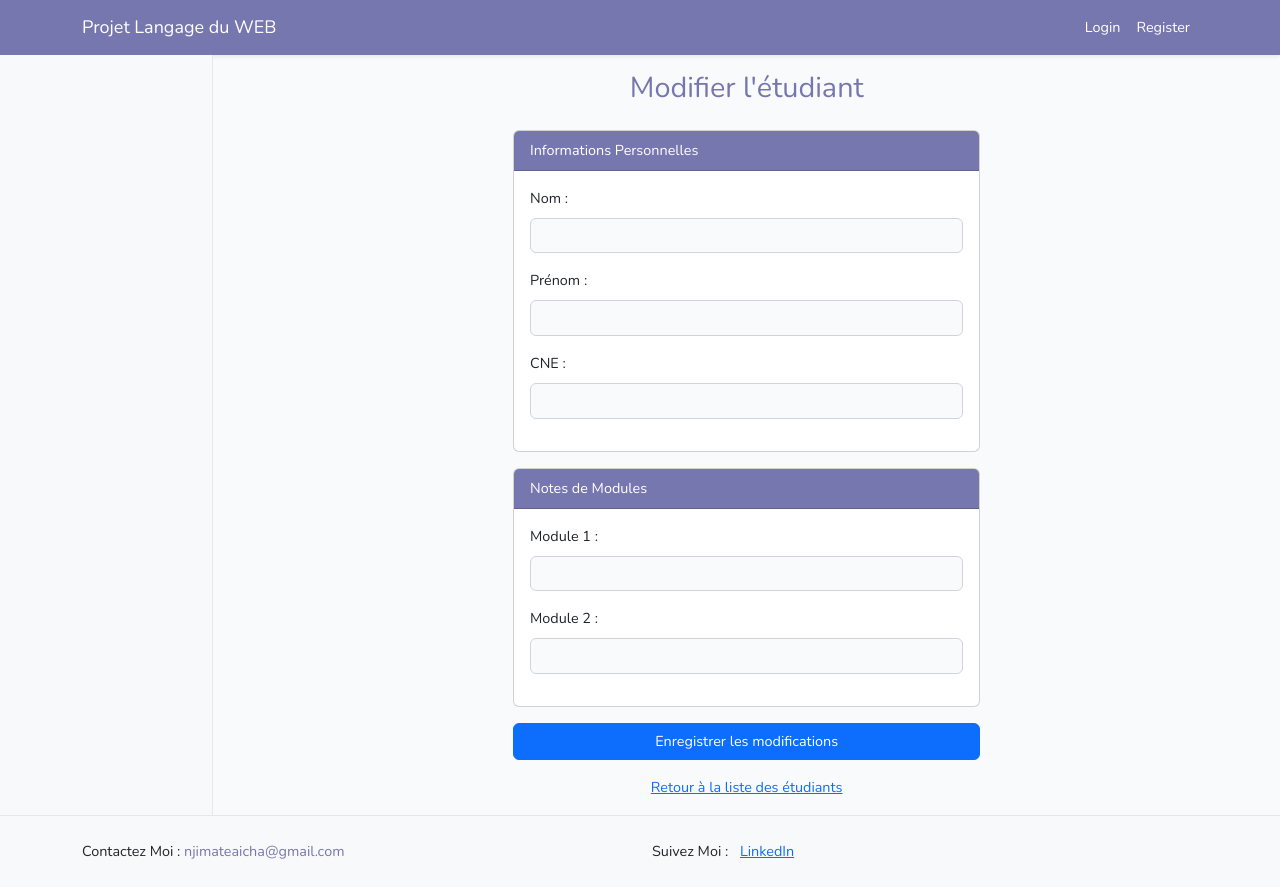
Repository: NjimateAicha/LaravelWeb
Page: resources/views/etudiant/edit.blade.php
The author's editor kept a copy of each file at every save. The page is drawn from the files as they stood at one save, then again after the next save.
The browser window is 1280 px wide. The pictures show the whole page.
Some web libraries are served in a nearby version. The page is served by the project's Laravel application, run on PHP 8.4 with Laravel 9. Other server files are loaded and not shown. Style sheets and scripts are compiled from the project's sources, by tool versions that may differ from the author's. The template is opened directly, without the code that normally fills it, so the values that code supplies are empty.

Above is the page before, as saved 2024-05-19 18:10:11.

### routes/web.php
<?php

use App\Http\Controllers\AproposDeMoiController;
use App\Http\Controllers\ChartsController;
use App\Http\Controllers\EtudiantController;
use App\Http\Controllers\formulairesController;
use App\Http\Controllers\ImageController;
use App\Http\Controllers\JsController;
use App\Http\Controllers\MapController;
use App\Http\Controllers\MatriceController;
use App\Http\Controllers\PhpController;
use App\Http\Controllers\ProjetController;
use App\Http\Controllers\QuizController;
use Illuminate\Support\Facades\Auth;
use Illuminate\Support\Facades\Route;

/*
|--------------------------------------------------------------------------
| Web Routes
|--------------------------------------------------------------------------
|
| Here is where you can register web routes for your application. These
| routes are loaded by the RouteServiceProvider within a group which
| contains the "web" middleware group. Now create something great!
|
*/

Route::get('/', function () {
    return view('auth.login');
});


Auth::routes();

Route::get('/home', [App\Http\Controllers\HomeController::class, 'index'])->name('home');

Route::get('/projets', [ProjetController::class, 'index'])->name('projets.index');
Route::get('/aproposDeMoi', [AproposDeMoiController::class, 'index'])->name('aProposDeMoi.index');


/* CRUD Student */
Route::resource('/etudiant' ,EtudiantController::class );
/* CRUD image */
Route::resource('/image' ,ImageController::class );
/* CRUD Maps */
Route::resource('/map' ,MapController::class );
/* CRUD Charts */
Route::resource('/charts' ,ChartsController::class );
/* Matrice */
Route::resource('/matrice' ,MatriceController::class );
/* quiz */
Route::resource('/Quiz' ,QuizController::class );
Route::get('/quiz/javascript', [QuizController::class, 'javascriptQuiz'])->name('quiz.javascript');
Route::post('/quiz/calculateJS', [QuizController::class, 'calculateScoreJS'])->name('quiz.calculateJS');
Route::get('/quiz/php', [QuizController::class, 'phpQuiz'])->name('quiz.php');
Route::post('/quiz/calculatePHP', [QuizController::class, 'calculateScorePHP'])->name('quiz.calculatePHP');

### resources/views/etudiant/edit.blade.php
@extends('layouts.app')

@section('content')
<style>
    h2 {
        color: #7777af;
    }
    .card-header {
        color: #fff;
        background-color: #7777af;
    }
    .custom-btn {
        color: #fff;
        background-color: #7777af;
        border: none;
    }
    .custom-btn:hover {
        background-color: #555577;
    }
    .card-title {
        color: #7777af;
    }
</style>
    <div class="container mt-3">
        @if ($errors->any())
            <div class="alert alert-danger">
                <ul>
                    @foreach ($errors->all() as $error)
                        <li>{{ $error }}</li>
                    @endforeach
                </ul>
            </div>
        @endif

        <h2 class="text-center mb-4">Modifier l'étudiant</h2>
        <div class="col-md-6 mx-auto">
            <form action="{{ route('etudiant.update', $etudiant->id) }}" method="POST">
                @csrf
                @method('PUT') <!-- Utilisez cette directive pour spécifier la méthode PUT -->

                <!-- Informations personnelles -->
                <div class="card mb-3">
                    <div class="card-header">Informations Personnelles</div>
                    <div class="card-body">
                        <div class="form-group">
                            <label for="nom">Nom :</label>
                            <input type="text" class="form-control" id="nom" name="nom"
                                value="{{ $etudiant->nom }}" required>
                        </div>
                        <div class="form-group">
                            <label for="prenom">Prénom :</label>
                            <input type="text" class="form-control" id="prenom" name="prenom"
                                value="{{ $etudiant->prenom }}" required>
                        </div>
                        <div class="form-group">
                            <label for="cne">CNE :</label>
                            <input type="text" class="form-control" id="cne" name="cne"
                                value="{{ $etudiant->cne }}" required>
                        </div>
                    </div>
                </div>
                <!-- Notes de modules -->
                <div class="card mb-3">
                    <div class="card-header">Notes de Modules</div>
                    <div class="card-body">
                        <div class="form-group">
                            <label for="note1">Module 1 :</label>
                            <input type="number" class="form-control" id="note1" name="note1"
                                value="{{ $etudiant->note1 }}" required>
                        </div>
                        <div class="form-group">
                            <label for="note2">Module 2 :</label>
                            <input type="number" class="form-control" id="note2" name="note2"
                                value="{{ $etudiant->note2 }}" required>
                        </div>
                    </div>
                </div>

                <!-- Bouton Valider -->
                <button type="submit" class="btn btn-primary btn-block">Enregistrer les modifications</button>
            </form>
            <!-- Lien pour revenir à la liste des étudiants -->
            <p class="text-center mt-3"><a href="{{ route('etudiant.index') }}">Retour à la liste des étudiants</a></p>
        </div>
    </div>
@endsection

### resources/views/layouts/app.blade.php
<!doctype html>
<html lang="{{ str_replace('_', '-', app()->getLocale()) }}">

<head>
    <meta charset="utf-8">
    <meta name="viewport" content="width=device-width, initial-scale=1">

    <!-- CSRF Token -->
    <meta name="csrf-token" content="{{ csrf_token() }}">

    <title>{{ config('app.name', 'Aicha\'s Portfolio') }}</title>

    <!-- Fonts -->
    <link rel="dns-prefetch" href="//fonts.bunny.net">
    <link href="https://fonts.bunny.net/css?family=Nunito" rel="stylesheet">

    <!-- Styles -->
    <link rel="stylesheet" href="https://maxcdn.bootstrapcdn.com/bootstrap/4.5.2/css/bootstrap.min.css">
    <style>

        body {
            font-family: 'Nunito', sans-serif;
        }
        .navbar {
            background-color: #7777af;
        }
        .navbar-brand, .navbar-nav .nav-link {
            color: white !important;
        }
        .sidebar {
            background-color: #f8f9fa;
            border-right: 1px solid #e7e7e7;
        }
        .sidebar .nav-link {
            color: #7777af;
        }
        .sidebar .nav-link:hover {
            color: #7777af;
        }
        .font-weight-bold {
            font-weight: bold !important;
        }
        footer {
            background-color: #f8f9fa;
            border-top: 1px solid #e7e7e7;
            padding: 10px 0;
        }
        footer p {
            margin: 0;
        }
    </style>
    <!-- Scripts -->
    @vite(['resources/sass/app.scss', 'resources/js/app.js'])
</head>

<body>
    <div id="app">
        <nav class="navbar navbar-expand-md navbar-light shadow-sm">
            <div class="container">
                <a class="navbar-brand" href="{{ url('/') }}">
                    Projet Langage du WEB
                </a>
                <button class="navbar-toggler" type="button" data-toggle="collapse" data-target="#navbarSupportedContent" aria-controls="navbarSupportedContent" aria-expanded="false" aria-label="{{ __('Toggle navigation') }}">
                    <span class="navbar-toggler-icon"></span>
                </button>

                <div class="collapse navbar-collapse" id="navbarSupportedContent">
                    <!-- Left Side Of Navbar -->
                    <ul class="navbar-nav me-auto"></ul>

                    <!-- Right Side Of Navbar -->
                    <ul class="navbar-nav ms-auto">
                        <!-- Authentication Links -->
                        @guest
                            @if (Route::has('login'))
                                <li class="nav-item">
                                    <a class="nav-link" href="{{ route('login') }}">{{ __('Login') }}</a>
                                </li>
                            @endif

                            @if (Route::has('register'))
                                <li class="nav-item">
                                    <a class="nav-link" href="{{ route('register') }}">{{ __('Register') }}</a>
                                </li>
                            @endif
                        @else
                            <li class="nav-item dropdown">
                                <a id="navbarDropdown" class="nav-link dropdown-toggle" href="#" role="button" data-toggle="dropdown" aria-haspopup="true" aria-expanded="false" v-pre>
                                    {{ Auth::user()->name }}
                                </a>

                                <div class="dropdown-menu dropdown-menu-right" aria-labelledby="navbarDropdown">
                                    <a class="dropdown-item" href="{{ route('logout') }}"
                                       onclick="event.preventDefault();
                                                     document.getElementById('logout-form').submit();">
                                        {{ __('Logout') }}
                                    </a>

                                    <form id="logout-form" action="{{ route('logout') }}" method="POST" class="d-none">
                                        @csrf
                                    </form>
                                </div>
                            </li>
                        @endguest
                    </ul>
                </div>
            </div>
        </nav>

        <div class="container-fluid">
            <div class="row">
                <nav class="col-md-2 d-none d-md-block sidebar">
                    <div class="position-sticky pt-3" style="height: 400px">
                        <ul class="nav flex-column">
                            @auth
                                <li class="nav-item">
                                    <a class="nav-link active font-weight-bold" aria-current="page" href="{{ route('aProposDeMoi.index') }}">À propos de moi</a>
                                </li>
                                <li class="nav-item">
                                    <a class="nav-link font-weight-bold" href="{{ route('projets.index') }}">Mes Projets</a>
                                </li>
                            @endauth
                        </ul>
                    </div>
                </nav>
                <main class="col-md-9 ms-sm-auto col-lg-10 px-md-4">
                    @yield('content')
                </main>
            </div>
        </div>

        <footer class="bg-light py-4">
            <div class="container">
                <div class="row justify-content-between">
                    <div class="col-md-6">
                        <p class="d-inline">Contactez Moi : <span style="color: #7777af;">njimateaicha@gmail.com</span></p>
                    </div>
                    <div class="col-md-6">
                        <p class="d-inline-block me-2 mb-0">Suivez Moi :</p>
                        <a href="https://www.linkedin.com/" class="text-blue-500 hover:text-7777af-700 d-inline-block" target="_blank">LinkedIn</a>
                    </div>
                </div>
            </div>
        </footer>
    </div>

    <!-- Bootstrap JS and dependencies -->
    <script src="https://code.jquery.com/jquery-3.5.1.slim.min.js"></script>
    <script src="https://cdn.jsdelivr.net/npm/@popperjs/core@2.5.4/dist/umd/popper.min.js"></script>
    <script src="https://maxcdn.bootstrapcdn.com/bootstrap/4.5.2/js/bootstrap.min.js"></script>
</body>

</html>

Loaded but not shown: app/Http/Controllers/Auth/ConfirmPasswordController.php (common file); app/Http/Controllers/Controller.php (common file); resources/sass/app.scss (common file); resources/sass/_variables.scss (common file)

After the next save:
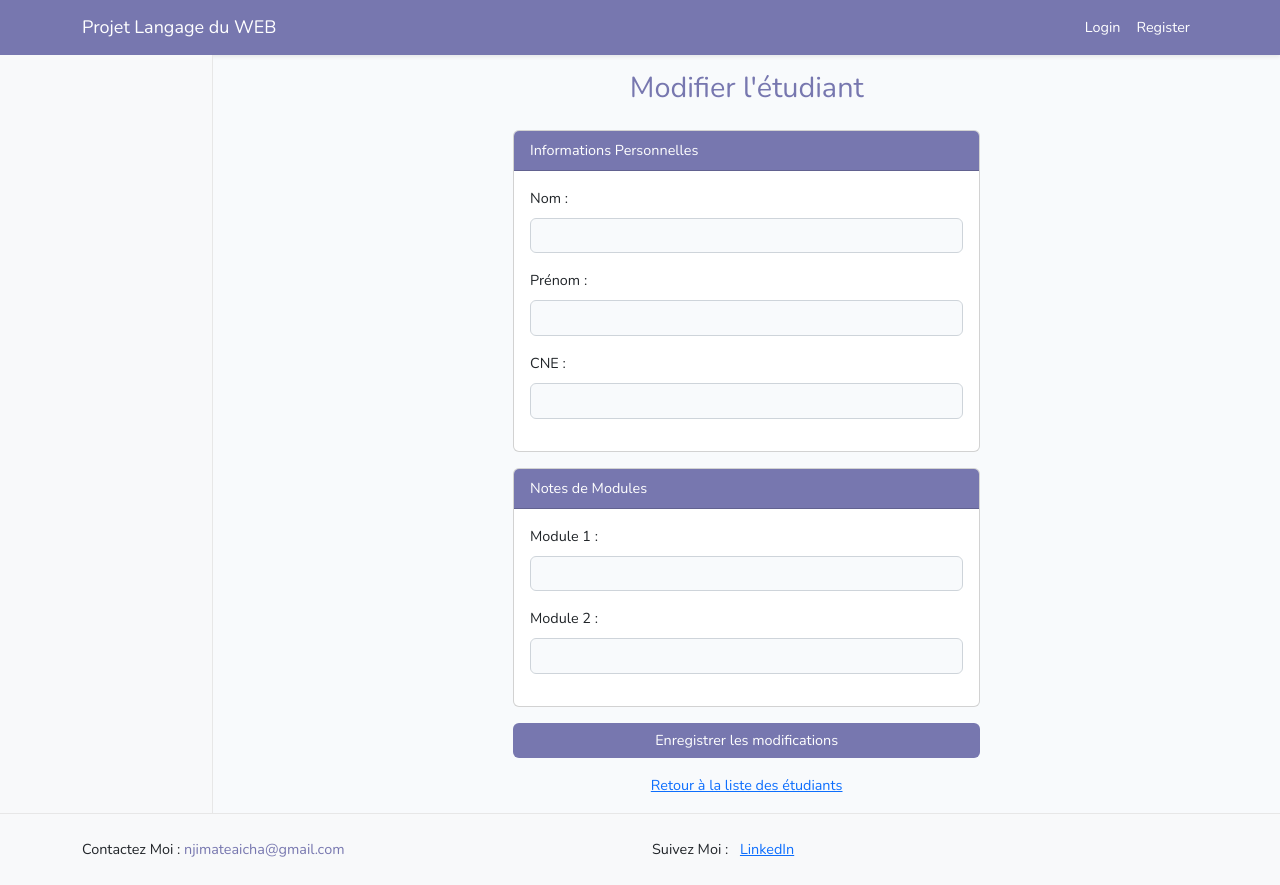
Saved 13 s later.
--- a/resources/views/etudiant/edit.blade.php
+++ b/resources/views/etudiant/edit.blade.php
@@ -77,7 +77,7 @@
                 </div>
 
                 <!-- Bouton Valider -->
-                <button type="submit" class="btn btn-primary btn-block">Enregistrer les modifications</button>
+                <button type="submit" class="btn custom-btn btn-block">Enregistrer les modifications</button>
             </form>
             <!-- Lien pour revenir à la liste des étudiants -->
             <p class="text-center mt-3"><a href="{{ route('etudiant.index') }}">Retour à la liste des étudiants</a></p>
